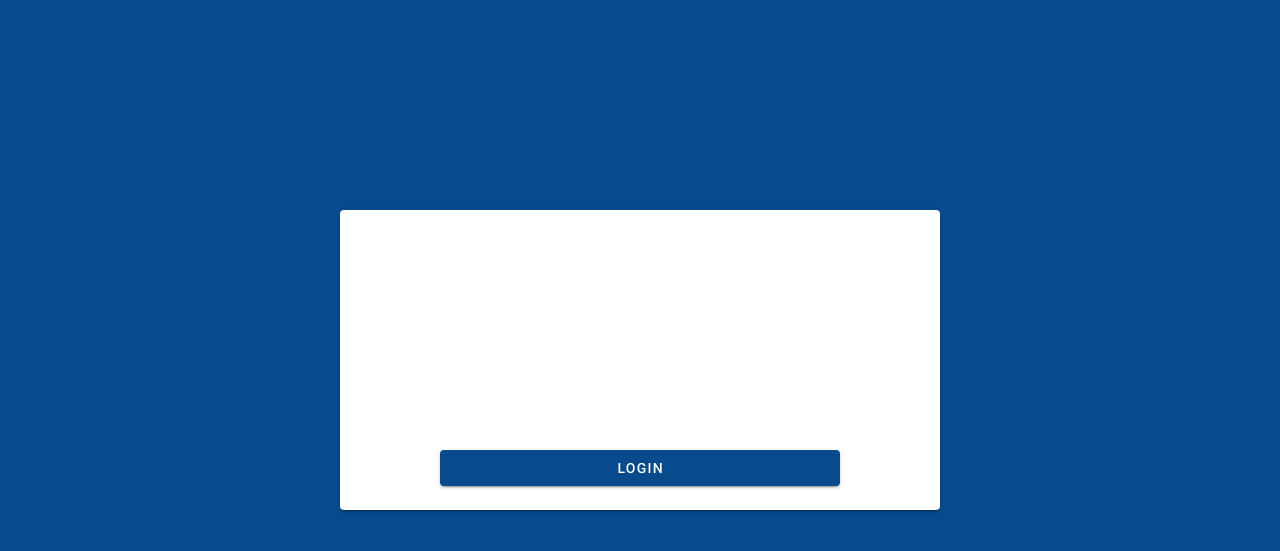
Repository: Grace229/Login
Page: /
These files come from the project's save history. The page is drawn as it stood at one moment and after the next save; the edit follows.
The browser window is 1280 px wide. The pictures show the whole page.
The project was rebuilt for these pictures with package versions that can differ from the ones it lists, and the page was loaded fresh each time. Also part of the build but not shown: vue.config.js, src/views/Profile.vue.

Above is the page before, as saved 2021-02-15 18:22:52.

### src/App.vue
<template>
  <v-app>
    <v-main><router-view></router-view> </v-main>
  </v-app>
</template>

<script>
export default {
  name: "App",

  components: {},

  data: () => ({
    //
  }),
};
</script>

### src/router/index.js
import Vue from "vue";
import VueRouter from "vue-router";
import Home from "../views/Home.vue";
import Profile from "../views/Profile.vue";

Vue.use(VueRouter);

const routes = [
  {
    path: "/",
    name: "Home",
    component: Home
  },
  {
    path: "/profile",
    name: "Profile",
    component: Profile
  }
];

const router = new VueRouter({
  mode: "history",
  base: process.env.BASE_URL,
  routes
});

export default router;

### src/plugins/vuetify.js
import Vue from "vue";
import Vuetify from "vuetify/lib/framework";

Vue.use(Vuetify);

export default new Vuetify({
  theme: {
    options: {
      customProperties: true,
    },
    themes: {
      light: {
        primary: "#084b8c",
        secondary: "#424242",
        accent: "#82B1FF",
        error: "#FF5252",
        info: "#2196F3",
        success: "#4CAF50",
        warning: "#FFC107",
      },
    },
  },
});

### src/views/Home.vue
<template>
  <main
    style="min-height:100vh"
    class="fill-height primary white--text d-flex flex-column justify-center pa-4"
  >
    <v-container>
      <v-card class="mx-auto" max-width="600" height="300">
        <header>
          <div class="headline text-center pt-6 white--text">
            Login
          </div>
        </header>
        <div class="pt-5 mx-auto" style="max-width: 400px;">
          <form v-on:submit.prevent="login()">
            <div>
              <v-text-field
                dark
                label="E-mail Address"
                v-model="email"
                :rules="[rules.required, rules.email]"
              />
            </div>
            <div>
              <v-text-field
                dark
                v-model="password"
                :rules="[rules.required]"
                label="Password"
                :type="showPassword ? 'text' : 'password'"
                text
                small
                @click:append="showPassword = !showPassword"
                class="transparent text-capitalize"
                :append-icon="showPassword ? 'mdi-eye-off' : 'mdi-eye'"
              >
              </v-text-field>
              <div class="pt-6">
                <v-btn block class="primary white--text" type="submit"
                  >Login</v-btn
                >
              </div>
            </div>
          </form>
        </div>
      </v-card>
    </v-container>
  </main>
</template>

<script>
import axios from "axios";
import router from "../router";
export default {
  data() {
    return {
      email: "",
      password: "",
      FORM: {},
      showPassword: false,
      rules: {
        required: (value) => !!value || "Required.",
        counter: (value) => value.length <= 20 || "Max 20 characters",
        email: (value) => {
          const pattern = /^(([^<>()[\]\\.,;:\s@"]+(\.[^<>()[\]\\.,;:\s@"]+)*)|(".+"))@((\[[0-9]{1,3}\.[0-9]{1,3}\.[0-9]{1,3}\.[0-9]{1,3}])|(([a-zA-Z\-0-9]+\.)+[a-zA-Z]{2,}))$/;
          return pattern.test(value) || "Invalid e-mail.";
        },
      },
    };
  },
  methods: {
    login() {
      axios
        .post("https://login-api-grace.herokuapp.com/api/v1/auth/login", {
          email: this.email,
          password: this.password,
        })
        .then(() => {
          router.push({ name: "Profile" });
        })
        .catch((err) => {
          console.log(err);
        });
    },
  },
};
</script>

Loaded but not shown: public/index.html (common file); src/main.js (common file); src/store/index.js (common file)

After the next save:
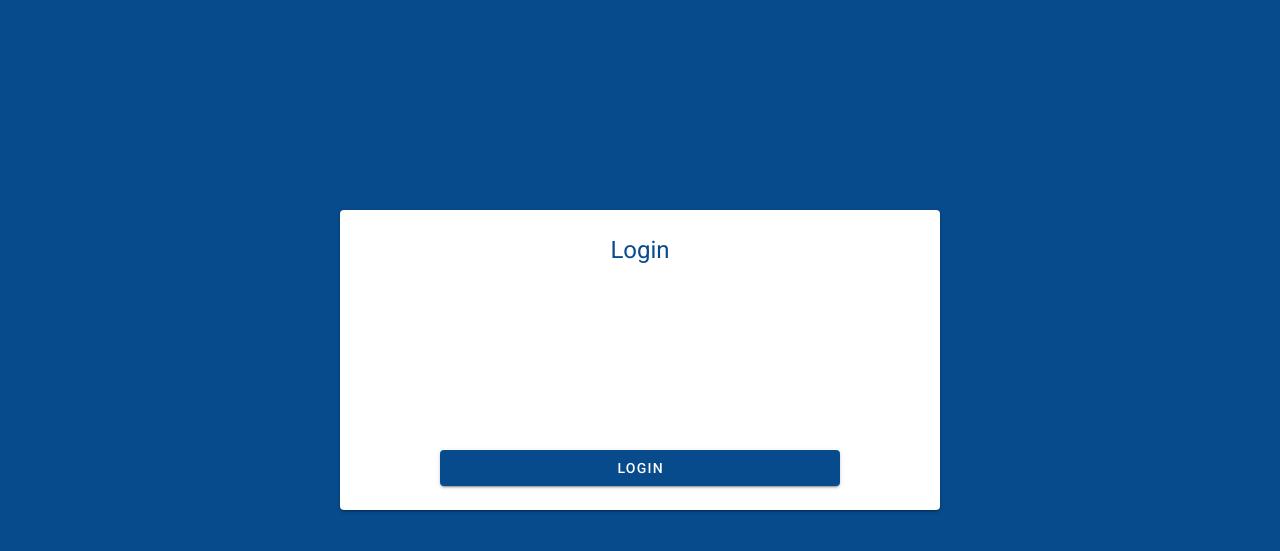
Saved 38 s later.
--- a/src/views/Home.vue
+++ b/src/views/Home.vue
@@ -6,7 +6,7 @@
     <v-container>
       <v-card class="mx-auto" max-width="600" height="300">
         <header>
-          <div class="headline text-center pt-6 white--text">
+          <div class="headline text-center pt-6 primary--text">
             Login
           </div>
         </header>
